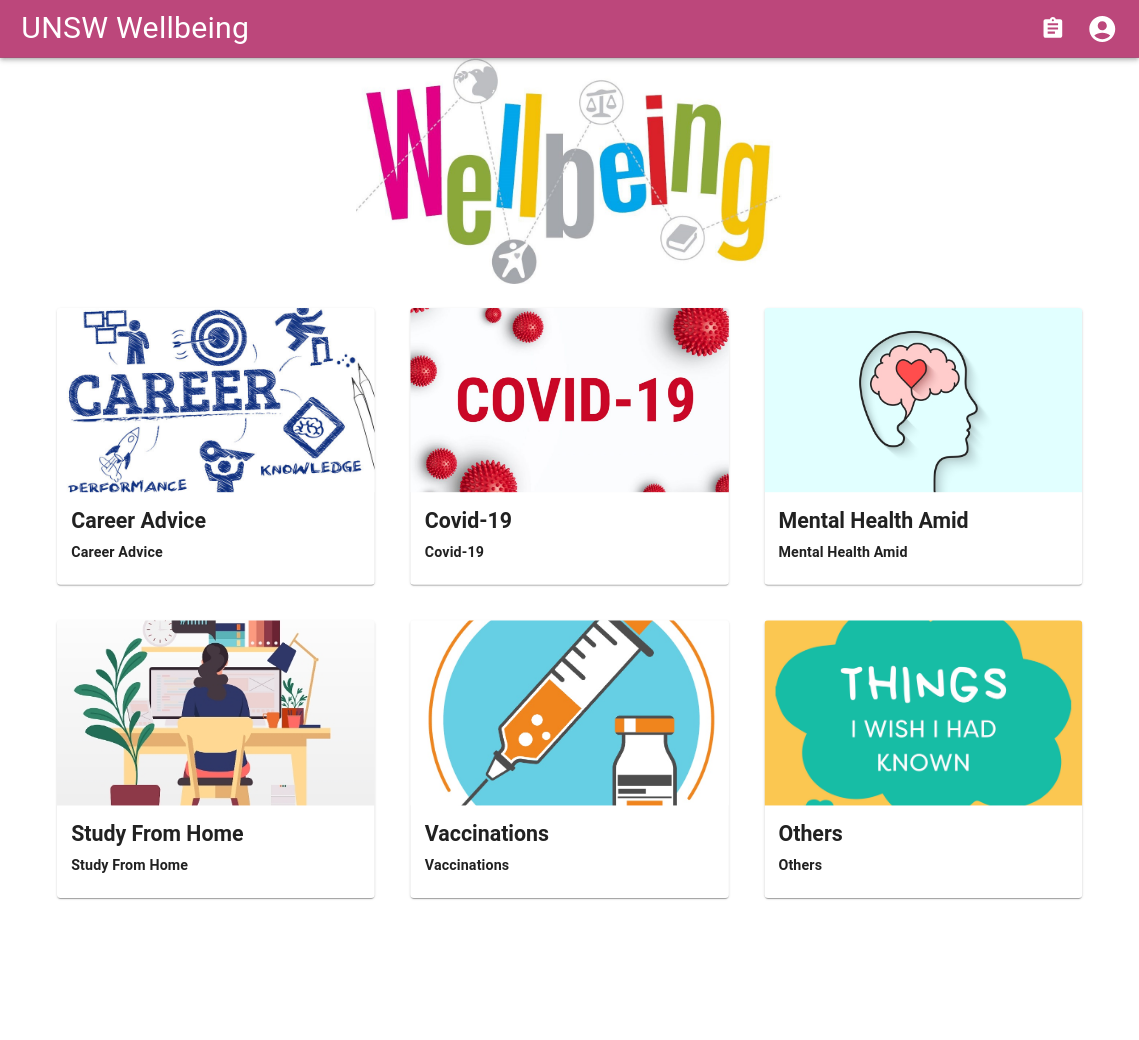
Repository: lplsz/Visionaries
Page: /student_main (app in frontend/)
The author's editor kept a copy of each file at every save. The page is drawn from the files as they stood at one save, then again after the next save.
The browser window is 1280 px wide. The pictures show the whole page, at 89% of full size.
The project was rebuilt for these pictures with package versions that can differ from the ones it lists, and the page was loaded fresh each time. Also part of the build but not shown: frontend/src/Main.jsx, frontend/src/component/HomeCard.jsx, frontend/src/page/StudentLogin.jsx, frontend/src/page/ExpertLogin.jsx, frontend/src/page/StudentRegister.jsx, frontend/src/page/ExpertRegister.jsx.

Above is the page before, as saved 2022-06-29 01:29:55.

### frontend/src/App.jsx
import React from 'react';
import {
  BrowserRouter,
  Routes,
  Route
} from 'react-router-dom';

import HomePage from './page/HomePage.jsx';
import StudentMain from './page/StudentMain';
import ExpertMain from './page/ExpertMain';
import StudentProfile from './page/StudentProfile';
import ExpertProfile from './page/ExpertProfile';
import StudentLogin from './page/StudentLogin';
import ExpertLogin from './page/ExpertLogin.jsx';
import StudentRegister from './page/StudentRegister.jsx';
import ExpertRegister from './page/ExpertRegister.jsx';
import StudentQAList from './page/StudentQAList.jsx';

function App () {
  return (
    <BrowserRouter>
      <Routes>
        <Route path="/" element={<HomePage />} />
        <Route path="/student_register" element={<StudentRegister />} />
        <Route path="/student_login" element={<StudentLogin />} />
        <Route path="/contributor_register" element={<ExpertRegister />} />
        <Route path="/contributor_login" element={<ExpertLogin />} />
        <Route path="/student_main" element={<StudentMain />} />
        <Route path="/expert_main" element={<ExpertMain />} />
        <Route path="/student_profile" element={<StudentProfile />} />
        <Route path="/expert_profile" element={<ExpertProfile />} />
        <Route path="/student_QA_list" element={<StudentQAList />} />
      </Routes>
    </BrowserRouter>
  );
}

export default App;

### frontend/src/page/HomePage.jsx
/* eslint-disable no-unused-vars */
import React from 'react';
import CssBaseline from '@mui/material/CssBaseline';
import Grid from '@mui/material/Grid';
import Typography from '@mui/material/Typography';
import GlobalStyles from '@mui/material/GlobalStyles';
import Container from '@mui/material/Container';
import { useNavigate } from 'react-router-dom';
import { Copyright } from '../Main';
import HomeCard from '../component/HomeCard';
import LoginIcon from '@mui/icons-material/Login';
import AssignmentIndIcon from '@mui/icons-material/AssignmentInd';
import background from './img/background.jpg'

const tiers = [
  {
    icon: <LoginIcon fontSize="large" color="success"/>,
    title: 'Student',
    buttonText1: 'Sign up your account',
    buttonText2: 'Register for free',
    buttonVariant: 'outlined',
    navigator1: '/student_login',
    navigator2: '/student_register'
  },
  {
    icon: <AssignmentIndIcon fontSize="large" color="secondary"/>,
    title: 'Expert',
    buttonText1: 'Sign up your account',
    buttonText2: 'Register for free',
    buttonVariant: 'outlined',
    navigator1: '/Expert_login',
    navigator2: '/Expert_register'
  },
];

function HomePage () {
  const navigate = useNavigate();
  return (
    <div style = {{backgroundImage: `url(${background})`, backgroundSize: '100% 100%'}}>
      <GlobalStyles styles={{ ul: { margin: 0, padding: 0, listStyle: 'none' } }} />
      <CssBaseline />
      <Container disableGutters maxWidth="sm" component="main" sx={{ pt: 8, pb: 6 }}>
        <Typography
          component="h1"
          variant="h1"
          align="center"
          color="white"
          gutterBottom
        >
          Welcome to Visionaries!
        </Typography>
      </Container>
      <Container maxWidth="md" component="main">
        <Grid container spacing={5} alignItems="flex-end">
          {tiers.map((tier, index) => <HomeCard key={index} tier={tier} navigate={navigate} />)}
        </Grid>
      </Container>

      <Container
        maxWidth="md"
        component="footer"
        sx={{
          mt: 8,
          py: [3, 6],
        }}
      >
      </Container>
    </div>
  );
}

export default HomePage;

### frontend/src/page/StudentMain.jsx
/* eslint-disable no-unused-vars */
import * as React from 'react';
import CssBaseline from '@mui/material/CssBaseline';
import Container from '@mui/material/Container';
import Typography from '@mui/material/Typography';
import Grid from '@mui/material/Grid';
import StudentHeader from '../component/StudentHeader';
import GlobalStyles from '@mui/material/GlobalStyles';
import { useNavigate } from 'react-router-dom';
import QACard from '../component/QACard';
import CareerAdvice from './img/career_advice.jpg';
import COVID19 from './img/covid-19.jpg';
import MentalHealth from './img/mental_health_amid.jpg';
import Others from './img/others.jpg';
import StudyFromHome from './img/study_from_home.jpg';
import Vaccinations from './img/vaccinations.jpg';
import WellBeing from '../component/img/well-being.jpg';

const categories = [
    {
        id: 0,
        category_name: 'Career Advice',
        category_image_url: CareerAdvice,
        category_description: 'Career Advice',
    },
    {
        id: 1,
        category_name: 'Covid-19',
        category_image_url: COVID19,
        category_description: 'Covid-19',
    },
    {
        id: 2,
        category_name: 'Mental Health Amid',
        category_image_url: MentalHealth,
        category_description: 'Mental Health Amid',
    },
    {
        id: 3,
        category_name: 'Study From Home',
        category_image_url: StudyFromHome,
        category_description: 'Study From Home',
    },
    {
        id: 4,
        category_name: 'Vaccinations',
        category_image_url: Vaccinations,
        category_description: 'Vaccinations',
    },
    {
        id: 5,
        category_name: 'Others',
        category_image_url: Others,
        category_description: 'Others',
    },
];

const StudentMain = () => {

    const navigate = useNavigate();

    const CategoryCard = () => {
        const cards = categories.map((c, i) => {
            const cProp = {
                id: c.id,
                category_name: c.category_name,
                category_image_url: c.category_image_url,
                category_description: c.category_description,
                key: i
            };
            return (
                <QACard category={cProp} key={i}></QACard>
            )
        });
        return (
            <Grid container spacing={5}>
                {cards}
            </Grid>
        )
    }

    return (
        <div style = {{backgroundSize: '100% 100%'}}>
            <GlobalStyles styles={{ ul: { margin: 0, padding: 0, listStyle: 'none' } }} />
            <CssBaseline />
            <StudentHeader />
            <Container disableGutters maxWidth="sm" component="main" sx={{ textAlign: 'center' }}>
                <img width="80%"
                    height="30%"
                    src={WellBeing}
                    alt={"recipe_image"} />
            </Container>
            <Container maxWidth="lg" component="main"  sx={{paddingTop: '20px'}}>
                {/* <Grid container spacing={5} alignItems="flex-end">
                <ContributorHomeButton url={setIcon} content={"Menage Your Recipes"} navigate={navigate} router={'/add_recipe'}/>
                <ContributorHomeButton url={addIcon} content={"Creat New Recipe"} navigate={navigate} router={'/add_recipe'}/>
                </Grid> */}
                {/* <Container sx={{ py: 8 }}></Container> */}
                <CategoryCard />
            </Container>

            <Container
                maxWidth="md"
                component="footer"
                sx={{
                mt: 8,
                py: [3, 6],
                }}
            >
            </Container>
        </div>
    );
}
export default StudentMain;

### frontend/src/page/ExpertMain.jsx
const ExpertMain = () => {

}
export default ExpertMain;

### frontend/src/page/StudentProfile.jsx
const StudentProfile = () => {

}
export default StudentProfile;

### frontend/src/page/ExpertProfile.jsx
const ExpertProfile = () => {

}
export default ExpertProfile;

### frontend/src/page/StudentQAList.jsx
const StudentQAList = () => {

}
export default StudentQAList;

### frontend/src/component/StudentHeader.jsx
/* eslint-disable no-unused-vars */
import * as React from 'react';
import AppBar from '@mui/material/AppBar';
import Box from '@mui/material/Box';
import Toolbar from '@mui/material/Toolbar';
import IconButton from '@mui/material/IconButton';
import Typography from '@mui/material/Typography';
import MenuItem from '@mui/material/MenuItem';
import Menu from '@mui/material/Menu';
import AccountCircle from '@mui/icons-material/AccountCircle';
import AssignmentIcon from '@mui/icons-material/Assignment';
import { createTheme,ThemeProvider } from '@mui/material/styles';
import Divider from '@mui/material/Divider';
import StarIcon from '@mui/icons-material/Star';
import CardMedia from '@mui/material/CardMedia';
import { useNavigate } from 'react-router-dom';
import { apiCall } from '../Main';

const theme = createTheme({
  palette: {
    primary: {
      light: '#33ab9f',
      main: '#e57373',
      dark: '#00695f',
      contrastText: '#fff',
    },
    secondary: {
      light: '#ff7961',
      main: '#ffea00',
      dark: '#ba000d',
      contrastText: '#000',
    },
  },

});

export default function ExplorerHeader() {
  const [anchorEl, setAnchorEl] = React.useState(null);
  const isMenuOpen = Boolean(anchorEl);
  const navigate = useNavigate();
  const sid = localStorage.getItem('sid');
  console.log((sid==null), 'sid');
  const handleProfileMenuOpen = (event) => {
    setAnchorEl(event.currentTarget);
  };

  const handleMenuClose = () => {
    setAnchorEl(null);
  };

  const menuId = 'primary-search-account-menu';
  const RenderMenu = () => {
    return (
      <Menu
        anchorEl={anchorEl}
        anchorOrigin={{
          vertical: 'top',
          horizontal: 'right',
        }}
        id={menuId}
        keepMounted
        transformOrigin={{
          vertical: 'top',
          horizontal: 'right',
        }}
        open={isMenuOpen}
        onClose={handleMenuClose}
      >
        <MenuItem onClick={()=>{navigate('/student_profile'); handleMenuClose();}}>My Profile</MenuItem>
        <Divider />
        <MenuItem onClick={()=>{
          apiCall('student/logout', 'POST', {id: sid});
          localStorage.removeItem('sid');
          navigate('/'); handleMenuClose()}}>Logout</MenuItem>
      </Menu>
    );
  }

  const RenderMenuVisitor = () => {
    return (
      <Menu
        anchorEl={anchorEl}
        anchorOrigin={{
          vertical: 'top',
          horizontal: 'right',
        }}
        id={menuId}
        keepMounted
        transformOrigin={{
          vertical: 'top',
          horizontal: 'right',
        }}
        open={isMenuOpen}
        onClose={handleMenuClose}
      >
        <MenuItem onClick={()=>{navigate('/student_login'); handleMenuClose();}}>Log in</MenuItem>
        <Divider />
        <MenuItem onClick={()=>{navigate('/student_register'); handleMenuClose()}}>Register</MenuItem>
      </Menu>
    );
  }

    return (
        <ThemeProvider theme={theme}>
        <Box sx={{ flexGrow: 1 }}>
        <AppBar position="static" sx={
            { backgroundColor:'#bc477b', position:'relative',borderBottom: (t) => `1px solid ${t.palette.divider}`}}>
          <Toolbar>
            <Typography
              variant="h4"
              noWrap
              component="div"
              sx={{ display: { xs: 'none', sm: 'block' } }}
            >
                UNSW Wellbeing
            </Typography>
            {/* <CardMedia
            component="img"
            sx={{ width: 40 , margin:'10px'}}
            image={MainIcon}
            /> */}
            <Box sx={{ flexGrow: 1 }} />
            <Box sx={{ display: { xs: 'none', md: 'flex' } }}>
              {sid == null
              ? <IconButton
                size="large"
                aria-label="show 4 new mails"
                color="inherit"
                onClick={handleProfileMenuOpen}
              >
                <AssignmentIcon fontSize="middle"/>
              </IconButton>
              : <IconButton
                size="large"
                aria-label="show 4 new mails"
                color="inherit"
                onClick={()=>{navigate('/student_QA_list')}}
              >
              <AssignmentIcon fontSize="middle"/>
            </IconButton>  }

              {/* <IconButton
                size="large"
                color='secondary'
              >
                  <StarIcon fontSize="middle" />
              </IconButton> */}
              <IconButton
                size="large"
                edge="end"
                aria-label="account of current user"
                aria-controls={menuId}
                aria-haspopup="true"
                onClick={handleProfileMenuOpen}
                color="inherit"
              >
                <AccountCircle fontSize="large" />
              </IconButton>
            </Box>
          </Toolbar>
        </AppBar>
        {sid == null ? <RenderMenuVisitor /> : <RenderMenu/> }
      </Box>
    </ThemeProvider>
)
}

### frontend/src/component/QACard.jsx
/* eslint-disable no-undef */
/* eslint-disable no-unused-vars */
import React from 'react';
import Grid from '@mui/material/Grid';
import Card from '@mui/material/Card';
import CardActions from '@mui/material/CardActions';
import CardContent from '@mui/material/CardContent';
import CardMedia from '@mui/material/CardMedia';
import Typography from '@mui/material/Typography';
import { useNavigate } from 'react-router-dom';
import Button from '@mui/material/Button';
import IconButton from '@mui/material/IconButton';
import DeleteIcon from '@mui/icons-material/Delete';
import EditIcon from '@mui/icons-material/Edit';
import DialogTitle from '@mui/material/DialogTitle';
import DialogContent from '@mui/material/DialogContent';
import Box from '@mui/material/Box';
import DialogActions from '@mui/material/DialogActions';
import PlayArrowIcon from '@mui/icons-material/PlayArrow';
import CloseIcon from '@mui/icons-material/Close';
import StickyNote2Icon from '@mui/icons-material/StickyNote2';
import Tooltip from '@mui/material/Tooltip';
import { apiCall } from '../Main';
import defaultJpg from './img/well-being.jpg';

const QACard = (props) => {

    const navigate = useNavigate();
    const id = props.category.id;
    console.log(props.category, 'prop')
    return (
        <Grid item className="GC" key={props.category.key} xs={12} sm={6} md={4}>
            <Card sx={{ height: '100%', display: 'flex', flexDirection: 'column' }} onClick={()=> navigate('/')}>
                { props.category.category_image_url === null
                ? <CardMedia
                    componnet="img"
                    sx={{
                        // 16:9
                        pt: '58%',
                    }}
                    alt="Image of the Game"
                    image= {defaultJpg}
                    title="Image title"
                    />
                : <CardMedia
                    componnet="img"
                    sx={{
                        // 16:9
                        pt: '58%',
                    }}
                    alt="Image of the Game"
                    image= {props.category.category_image_url}
                    title="Image title"
                    />
                }
                <CardContent>
                    <Typography gutterBottom variant="h5" component="h2">
                        <strong>{props.category.category_name}</strong>
                    </Typography>
                    <Typography>
                        <strong>{props.category.category_description}</strong>
                    </Typography>
                </CardContent>
            </Card>
        </Grid>
    );
}

export default QACard;

Loaded but not shown: frontend/public/index.html (common file); frontend/src/index.jsx (common file); frontend/src/index.css (common file)

After the next save:
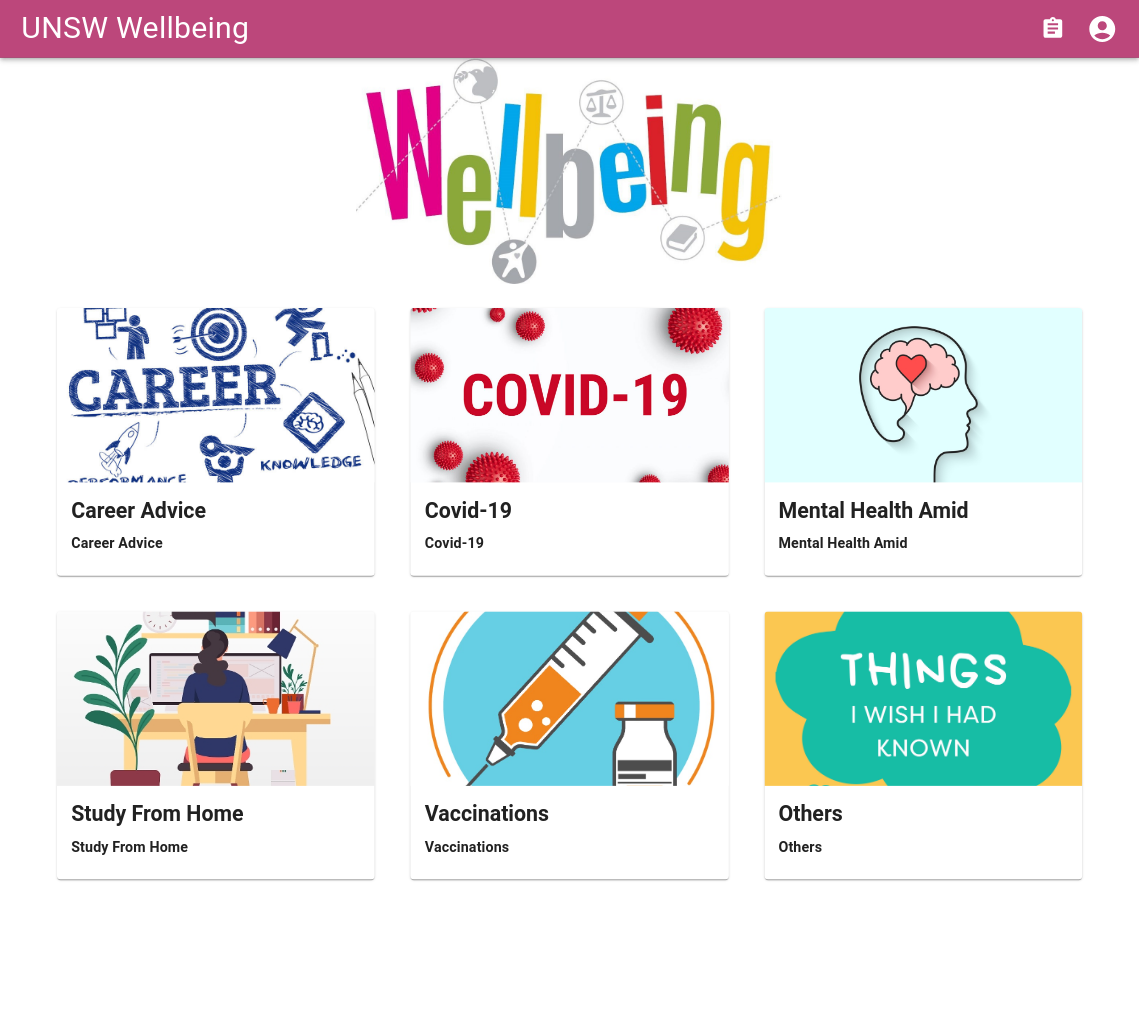
Saved 41 s later.
--- a/frontend/src/component/QACard.jsx
+++ b/frontend/src/component/QACard.jsx
@@ -36,7 +36,7 @@
                     componnet="img"
                     sx={{
                         // 16:9
-                        pt: '58%',
+                        pt: '55%',
                     }}
                     alt="Image of the Game"
                     image= {defaultJpg}
@@ -46,7 +46,7 @@
                     componnet="img"
                     sx={{
                         // 16:9
-                        pt: '58%',
+                        pt: '55%',
                     }}
                     alt="Image of the Game"
                     image= {props.category.category_image_url}
